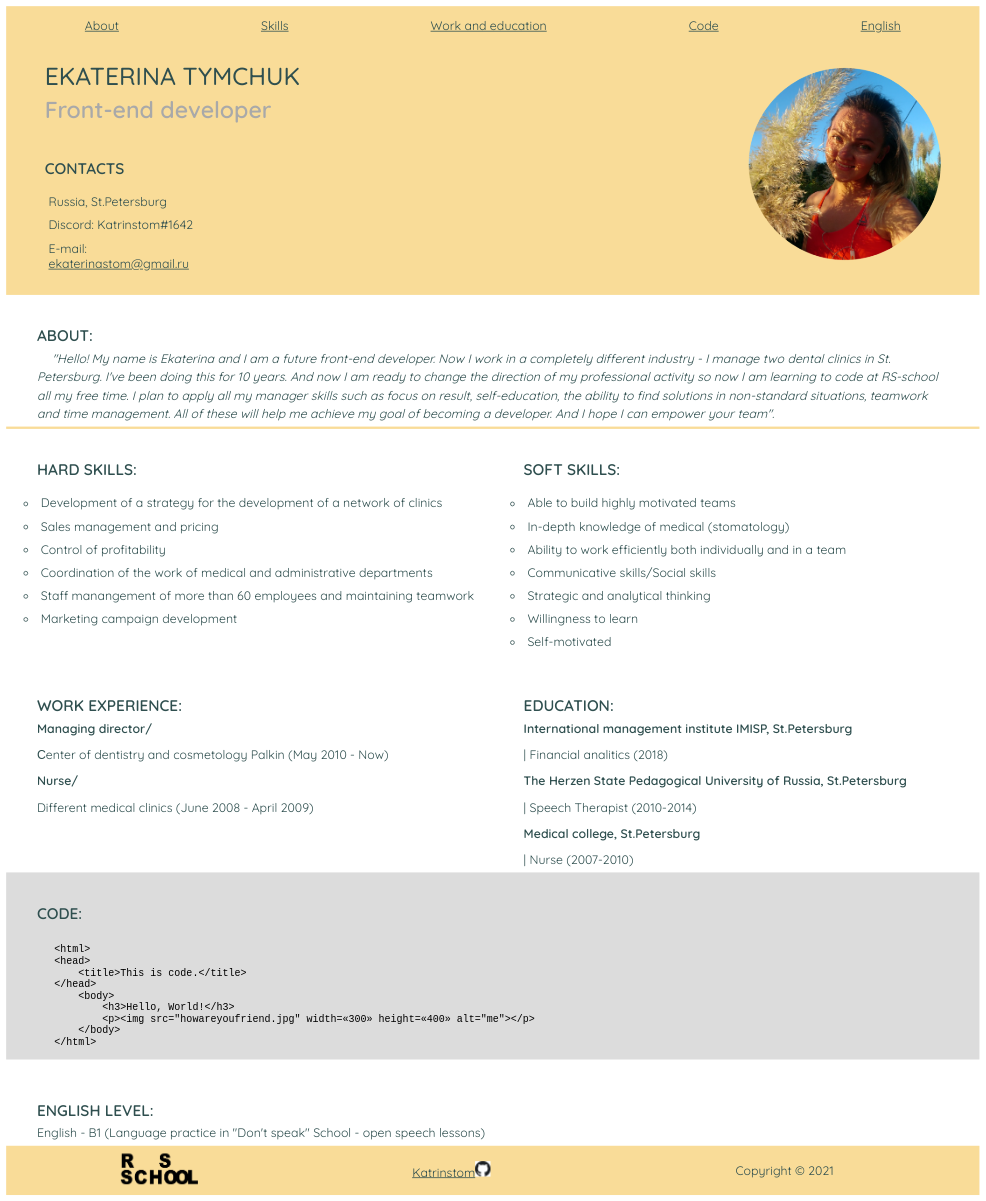
Repository: Katrinstom/rsschool-cv
Page: index.html
The author's editor kept a copy of each file at every save. The page is drawn from the files as they stood at one save, then again after the next save.
The browser window is 1280 px wide. The pictures show the whole page, at 77% of full size.

Above is the page before, as saved 2022-01-02 22:35:02.

After the next save:
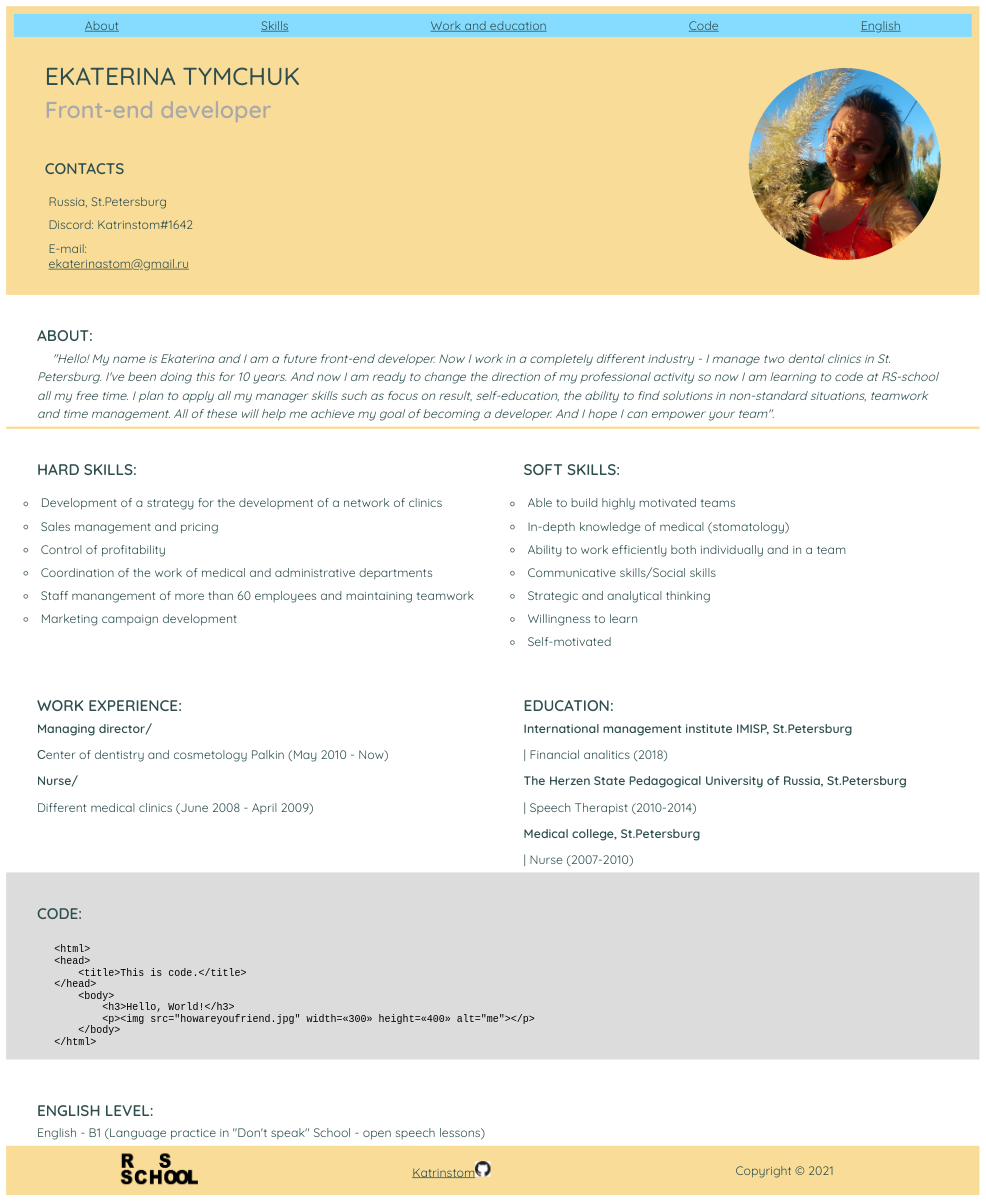
Saved 5 s later.
--- a/style.css
+++ b/style.css
@@ -23,7 +23,7 @@ main {
     align-items: center;
     padding: 0;
     margin: 0;
-    background-color: ##85dcff;
+    background-color: #85dcff;
     ;
 }
 .nav-item {
